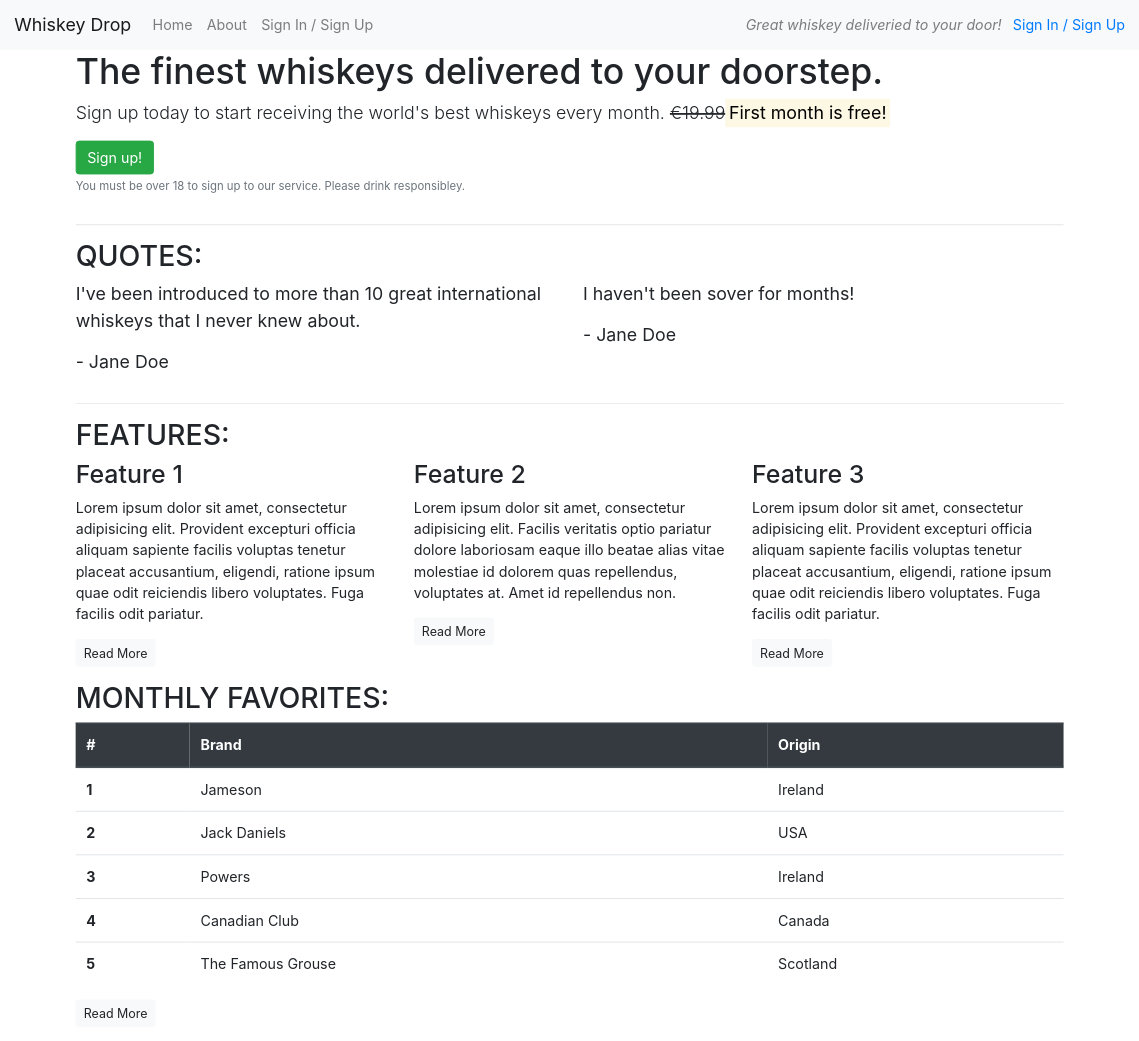
Repository: dof-bull/whiskey-drop
Page: index.html
The author's editor kept a record of every edit. The page is drawn from the files as they stood at one moment, then again after the next edit.
The browser window is 1280 px wide. The pictures show the whole page, at 89% of full size.

Above is the page before.
Console error: TypeError: Cannot read properties of undefined (reading 'fn')

After the next edit:
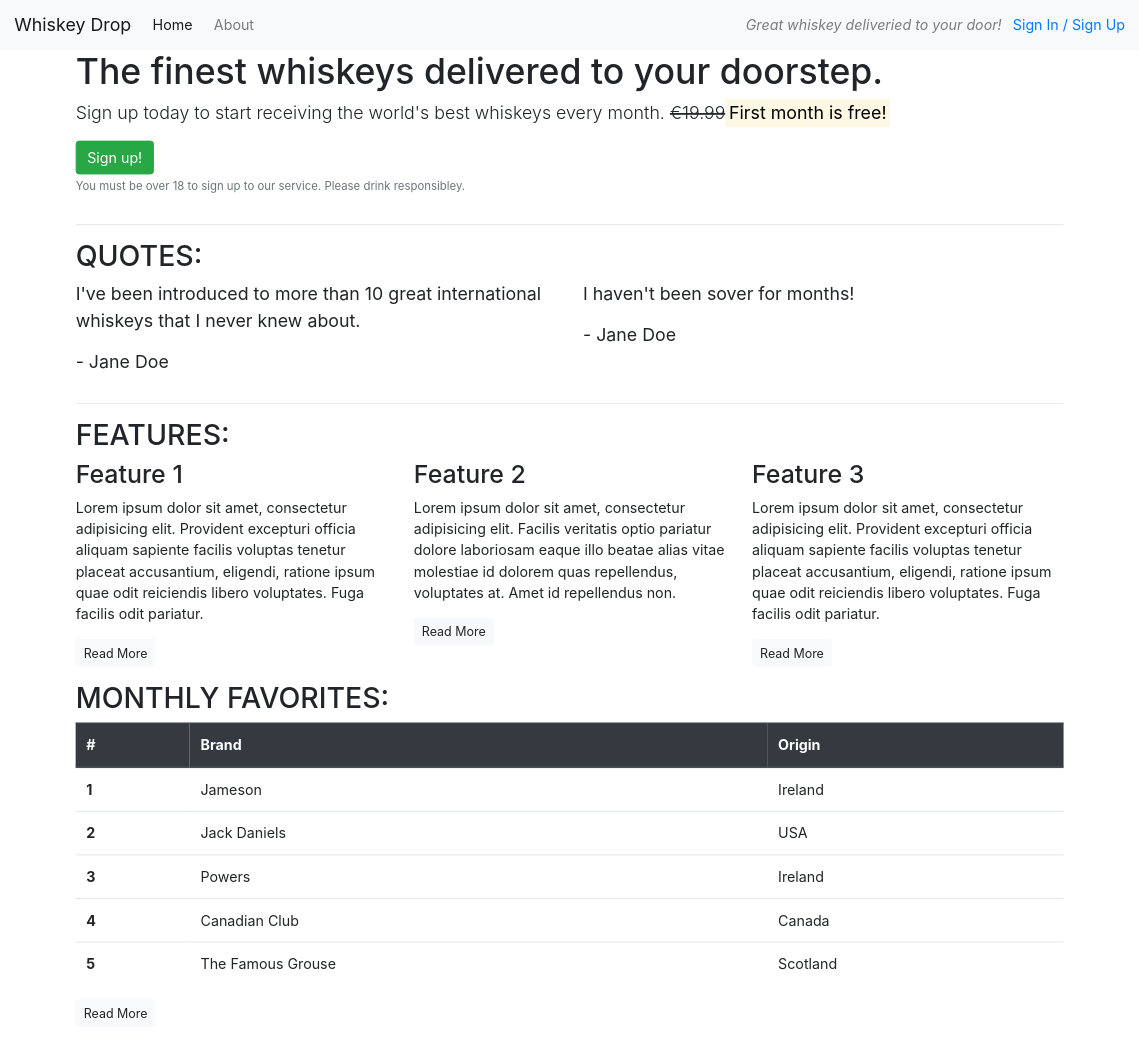
The edit:
--- a/index.html
+++ b/index.html
@@ -15,9 +15,9 @@
   <nav class="navbar navbar-light bg-light navbar-expand-sm">
     <a href="/" class="navbar-brand">Whiskey Drop</a>
     <ul class="navbar-nav mr-auto">
-      <li class "active nav-item mr-2"><a class="nav-link" href="/">Home</a></li>
-      <li class "nav-item mr-2"><a class="nav-link" href="/about">About</a></li>
-      <li class "nav-item mr-2 d-block d-sm-none"><a class="nav-link" href="/login">Sign In / Sign Up</a></li>
+      <li class="active nav-item mr-2"><a class="nav-link" href="/">Home</a></li>
+      <li class="nav-item mr-2"><a class="nav-link" href="/about">About</a></li>
+      <li class="nav-item mr-2 d-block d-sm-none"><a class="nav-link" href="/login">Sign In / Sign Up</a></li>
     </ul>
     <div class="d-none d-md-block">
       <p class="navbar-text my-auto mr-2"><i>Great whiskey deliveried to your door!</i></p>
